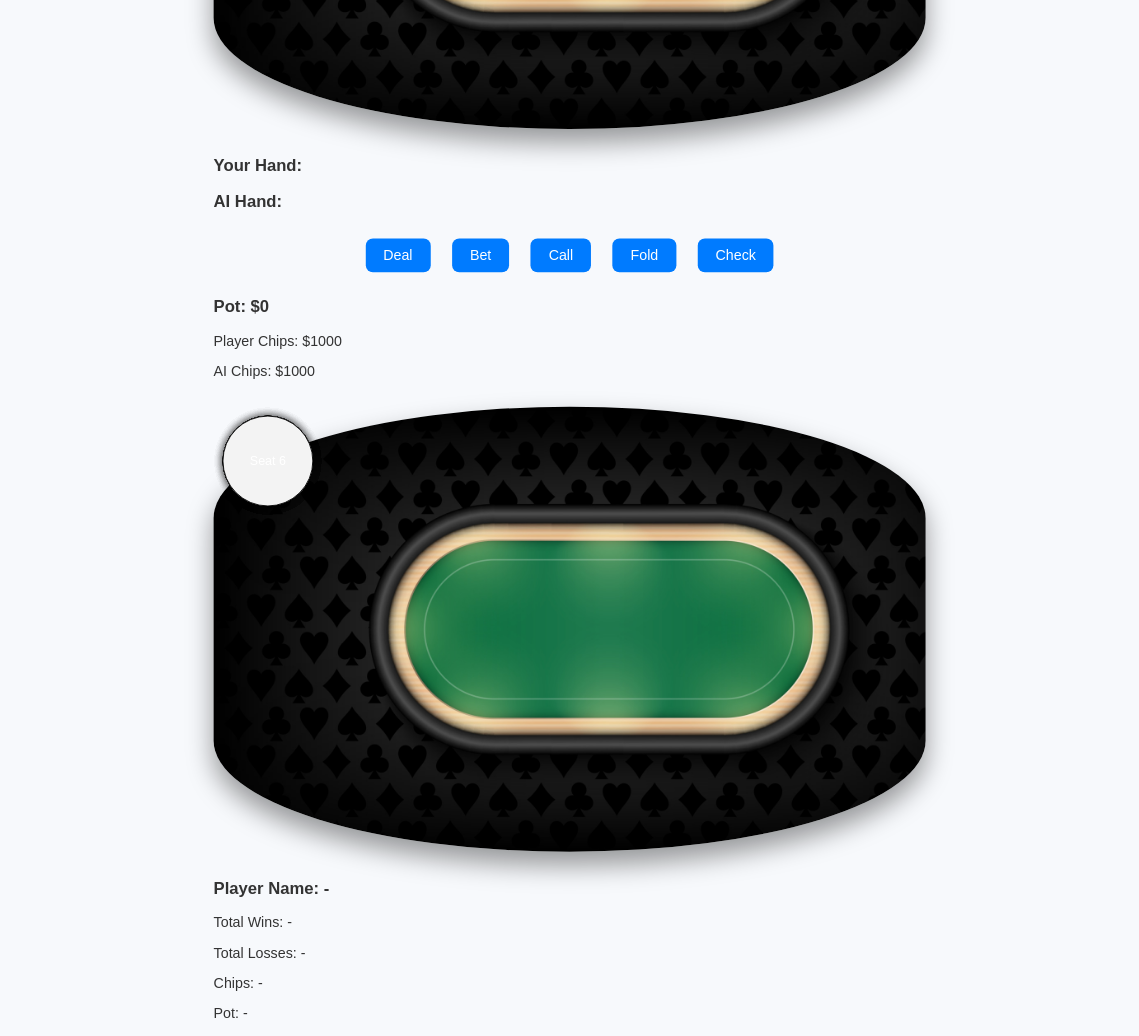
Repository: KidBillionaire/newapp
Page: public/playTable.html
An editor plug-in stored every save of this project. The page is shown before and after the next save, followed by the edit.
The browser window is 1280 px wide. The pictures show the whole page, at 89% of full size.

Above is the page before, as saved 2024-10-10 19:20:03.

### public/playTable.html
<!DOCTYPE html>
<html lang="en">
<head>
    <meta charset="UTF-8">
    <meta name="viewport" content="width=device-width, initial-scale=1.0">
    <title>Play Poker Table</title>
    <link rel="stylesheet" href="styles.css">
</head>
<body>
    <div class="container">
        <h1 id="tableNameHeading">Poker Table</h1>

        <!-- Poker Table Container -->
        <div id="pokerTableContainer">
            <!-- Community Cards Container -->
            <div id="communityCardsContainer">
                <div class="community-card" id="card1"></div>
                <div class="community-card" id="card2"></div>
                <div class="community-card" id="card3"></div>
                <div class="community-card" id="card4"></div>
                <div class="community-card" id="card5"></div>
            </div>
        </div>

        <!-- Player Hand and AI Hand Containers -->
        <div id="playerHandContainer">
            <h3>Your Hand:</h3>
            <div id="playerHand" class="hand-container"></div>
        </div>
        <div id="aiHandContainer">
            <h3>AI Hand:</h3>
            <div id="aiHand" class="hand-container"></div>
        </div>

        <!-- Action Buttons -->
        <div id="actionsContainer">
            <button id="dealButton">Deal</button>
            <button id="betButton" disabled>Bet</button>
            <button id="callButton" disabled>Call</button>
            <button id="foldButton" disabled>Fold</button>
            <button id="checkButton" disabled>Check</button>
        </div>

        <!-- Player Information and Pot Display -->
        <div id="playerInfo">
            <h3 id="currentPot">Pot: $0</h3>
            <p id="playerChips">Player Chips: $1000</p>
            <p id="aiChips">AI Chips: $1000</p>
        </div>

        <!-- Seat Container -->
        <div id="pokerTableContainer">
            <div id="seatsContainer">
                <div class="seat" id="seat1" data-seat="1">Seat 1</div>
                <div class="seat" id="seat2" data-seat="2">Seat 2</div>
                <div class="seat" id="seat3" data-seat="3">Seat 3</div>
                <div class="seat" id="seat4" data-seat="4">Seat 4</div>
                <div class="seat" id="seat5" data-seat="5">Seat 5</div>
                <div class="seat" id="seat6" data-seat="6">Seat 6</div>
            </div>
        </div>

        <!-- Modal to enter user ID -->
        <div id="userModal" class="modal">
            <div class="modal-content">
                <span class="close">&times;</span>
                <h3>Enter Friend's User ID</h3>
                <input type="text" id="userIdInput" placeholder="Enter User ID">
                <button id="submitUserId">Submit</button>
            </div>
        </div>

        <!-- Player Information Section -->
        <div id="playerInfo">
            <h3 id="currentPlayerName">Player Name: -</h3>
            <p id="currentPlayerWins">Total Wins: -</p>
            <p id="currentPlayerLosses">Total Losses: -</p>
            <p id="currentPlayerChips">Chips: -</p>
            <p id="currentPlayerPot">Pot: -</p>
        </div>
    </div>

    <!-- JavaScript for Game Logic -->
    <script>
        // Get references to HTML elements
        const pokerTableContainer = document.getElementById('pokerTableContainer');
        const seats = document.querySelectorAll('.seat');
        const userModal = document.getElementById('userModal');
        const closeModal = document.querySelector('.close');
        const submitUserIdButton = document.getElementById('submitUserId');
        const userIdInput = document.getElementById('userIdInput');
        const currentPlayerName = document.getElementById('currentPlayerName');
        const currentPlayerWins = document.getElementById('currentPlayerWins');
        const currentPlayerLosses = document.getElementById('currentPlayerLosses');

        // Show modal when a seat is clicked
        seats.forEach(seat => {
            seat.addEventListener('click', () => {
                userModal.style.display = 'block';
                userIdInput.dataset.seat = seat.dataset.seat; // Store seat info in input for later use
            });
        });

        // Close modal when the close button is clicked
        closeModal.addEventListener('click', () => {
            userModal.style.display = 'none';
        });

        // Handle submission of user ID
        submitUserIdButton.addEventListener('click', async () => {
            const userId = userIdInput.value.trim();
            const seatNumber = userIdInput.dataset.seat;

            if (!userId) {
                alert('Please enter a User ID');
                return;
            }

            // Fetch user data from the server
            try {
                const response = await fetch(`http://localhost:3000/users/${userId}`);
                if (!response.ok) {
                    alert('User not found');
                    return;
                }
                const userData = await response.json();

                // Update player information display
                currentPlayerName.textContent = `Player Name: ${userData.username}`;
                currentPlayerWins.textContent = `Total Wins: ${userData.totalWins}`;
                currentPlayerLosses.textContent = `Total Losses: ${userData.totalLosses}`;

                // Optionally mark the seat as occupied
                const selectedSeat = document.querySelector(`.seat[data-seat="${seatNumber}"]`);
                selectedSeat.textContent = userData.username;
                selectedSeat.style.backgroundColor = '#00cc44'; // Change seat color

                // Close the modal
                userModal.style.display = 'none';
            } catch (error) {
                console.error('Error fetching user data:', error);
                alert('Error fetching user data');
            }
        });
    </script>

    <!-- Modal Styling -->
    <style>
        .modal {
            display: none;
            position: fixed;
            z-index: 1;
            left: 0;
            top: 0;
            width: 100%;
            height: 100%;
            overflow: auto;
            background-color: rgb(0,0,0);
            background-color: rgba(0,0,0,0.4);
        }

        .modal-content {
            background-color: #fefefe;
            margin: 15% auto;
            padding: 20px;
            border: 1px solid #888;
            width: 30%;
        }

        .close {
            color: #aaa;
            float: right;
            font-size: 28px;
            font-weight: bold;
        }

        .close:hover,
        .close:focus {
            color: black;
            text-decoration: none;
            cursor: pointer;
        }
    </style>
</body>
</html>

### public/styles.css
/* Root Variables */
:root {
    --primary-color: #333;
    --secondary-color: #007BFF;
    --background: #f7f9fc;
    --highlight-color: #ff6347;
}

/* General Body Styles */
body {
    font-family: Arial, sans-serif;
    background: var(--background);
    color: var(--primary-color);
    margin: 0;
    display: flex;
    justify-content: center;
    align-items: center;
    height: 100vh;
}

/* Typography */
h1 {
    text-align: center;
    color: var(--primary-color);
}

.montserrat-title,
.montserrat-body {
    font-family: 'Montserrat', sans-serif;
}

.montserrat-title {
    font-weight: 700;
}

.montserrat-body {
    font-weight: 400;
}

/* Button Styles */
button {
    display: inline-block;
    margin: 10px;
    padding: 10px 20px;
    font-size: 16px;
    background-color: var(--secondary-color);
    color: white;
    border: none;
    border-radius: 8px;
    cursor: pointer;
    transition: background-color 0.3s ease-in-out, transform 0.2s;
}

button:hover {
    background-color: #555;
}

/* Action Container */
#actionsContainer {
    text-align: center;
    margin-top: 20px;
}

#dealCardsButton {
    width: 200px;
    margin: 20px auto;
    padding: 10px;
    font-size: 18px;
    cursor: pointer;
    text-align: center;
    border: none;
    background: var(--primary-color);
    color: var(--highlight-color);
    border-radius: 8px;
    transition: background 0.3s ease-in-out, transform 0.2s;
}

#dealCardsButton:hover {
    background: var(--highlight-color);
    color: var(--primary-color);
    transform: scale(1.1);
}

/* Table Styles */
#userTable {
    width: 80%;
    margin: 0 auto;
    border-collapse: collapse;
}

#userTable th, #userTable td {
    border: 1px solid #ddd;
    padding: 8px;
    text-align: center;
}

#userTable th {
    background-color: var(--primary-color);
    color: rgb(81, 14, 14);
}

/* Profile Settings Section */
#profileSettings {
    margin: 20px auto;
    width: 50%;
    border: 1px solid #ddd;
    padding: 20px;
    background-color: #fff;
    box-shadow: 0 0 10px rgba(0, 0, 0, 0.1);
}

#profileSettings label {
    display: inline-block;
    width: 150px;
}

#profileSettings input {
    width: calc(100% - 160px);
    padding: 8px;
    margin: 8px 0;
}

#profileSettings button {
    width: 100%;
    padding: 10px;
}

/* Create Poker Table Page */
.create-table-page {
    background: url('images/vecteezy_poker-table-green-cloth-on-dark-background-vector-illustration_6325236.jpg') center/cover no-repeat;
    background-attachment: fixed;
    height: 100vh;
    display: flex;
    justify-content: center;
    align-items: center;
    position: relative;
}

.create-table-page::after {
    content: '';
    position: absolute;
    top: 0;
    left: 0;
    width: 100%;
    height: 100%;
    background: rgba(255, 255, 255, 0.5);
    z-index: -1;
}

/* Poker Table Container */
#pokerTableContainer {
    width: 800px;
    height: 500px;
    margin: 30px auto;
    background-image: url('/images/vecteezy_poker-table-green-cloth-on-dark-background-vector-illustration_6325236.jpg');
    background-size: cover;
    border-radius: 50% / 25%;
    box-shadow: 0 15px 30px rgba(0, 0, 0, 0.4);
    position: relative;
}

/* Poker Table Elements */
#pokerTable {
    width: 500px;
    height: 500px;
    border-radius: 50%;
    background: var(--background);
    box-shadow: 0 0 20px rgba(0, 0, 0, 0.5);
}

/* Seat Styles */
.seat {
    width: 60px;
    height: 60px;
    border-radius: 50%;
    background-color: var(--primary-color);
    color: white;
    position: absolute;
    display: flex;
    justify-content: center;
    align-items: center;
    font-size: 14px;
    cursor: pointer;
    box-shadow: 0 0 10px rgba(0, 0, 0, 0.2);
    transition: background 0.3s ease;
}

.seat:hover {
    background-color: var(--highlight-color);
}

/* Community Card Styles */
.community-card {
    width: 60px;
    height: 90px;
    background: linear-gradient(135deg, #ffffff, #e9e9e9);
    border-radius: 10px;
    border: 2px solid #333;
    box-shadow: 0 10px 25px rgba(0, 0, 0, 0.2), 0 5px 15px rgba(0, 0, 0, 0.1);
    display: flex;
    justify-content: center;
    align-items: center;
    color: #333;
    font-size: 24px;
    font-weight: bold;
    margin: 0 5px;
    transform: scale(0);
    transition: transform 0.5s ease, box-shadow 0.3s ease-in-out;
}

.community-card.deal {
    transform: scale(1);
}

/* Card Hover Styles */
.community-card:hover {
    box-shadow: 0 15px 35px rgba(0, 0, 0, 0.5), 0 8px 25px rgba(0, 0, 0, 0.2);
    transform: scale(1.05);
}

/* Style the seats */
.seat {
    width: 100px;
    height: 100px;
    border: 1px solid #000;
    margin: 10px;
    display: inline-flex;
    align-items: center;
    justify-content: center;
    cursor: pointer;
    background-color: #f3f3f3;
  }

  .seat:hover {
    background-color: #00cc44;
  }

  /* Modal Styles */
  .modal {
    display: none;
    position: fixed;
    z-index: 1;
    left: 0;
    top: 0;
    width: 100%;
    height: 100%;
    overflow: auto;
    background-color: rgb(0, 0, 0);
    background-color: rgba(0, 0, 0, 0.4);
  }

  .modal-content {
    background-color: #fefefe;
    margin: 15% auto;
    padding: 20px;
    border: 1px solid #888;
    width: 30%;
  }

  .close {
    color: #aaa;
    float: right;
    font-size: 28px;
    font-weight: bold;
  }

  .close:hover,
  .close:focus {
    color: black;
    text-decoration: none;
    cursor: pointer;
  }

After the next save:
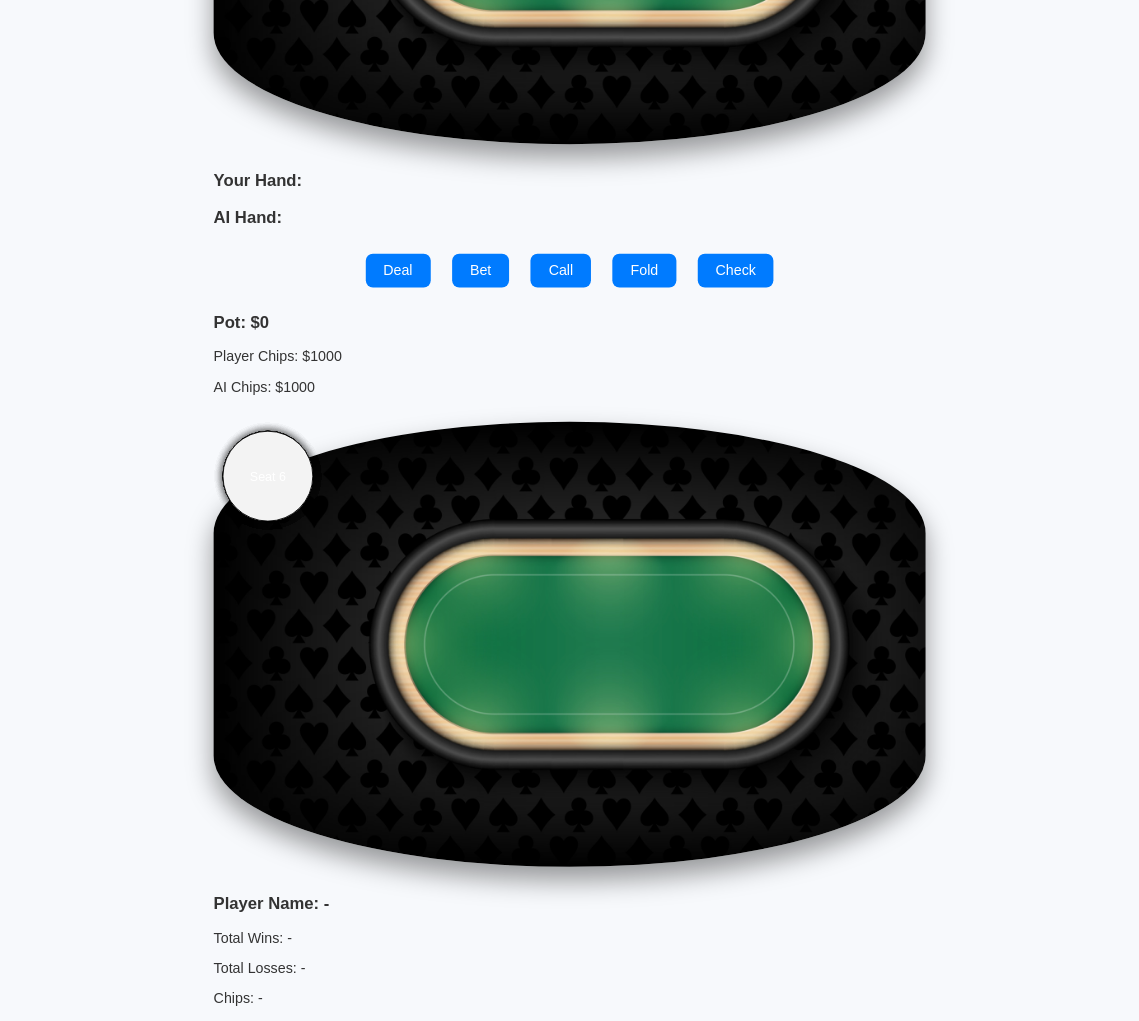
Saved 36 s later.
--- a/public/playTable.html
+++ b/public/playTable.html
@@ -76,7 +76,7 @@
             <p id="currentPlayerWins">Total Wins: -</p>
             <p id="currentPlayerLosses">Total Losses: -</p>
             <p id="currentPlayerChips">Chips: -</p>
-            <p id="currentPlayerPot">Pot: -</p>
+            <p id=""
         </div>
     </div>
 
